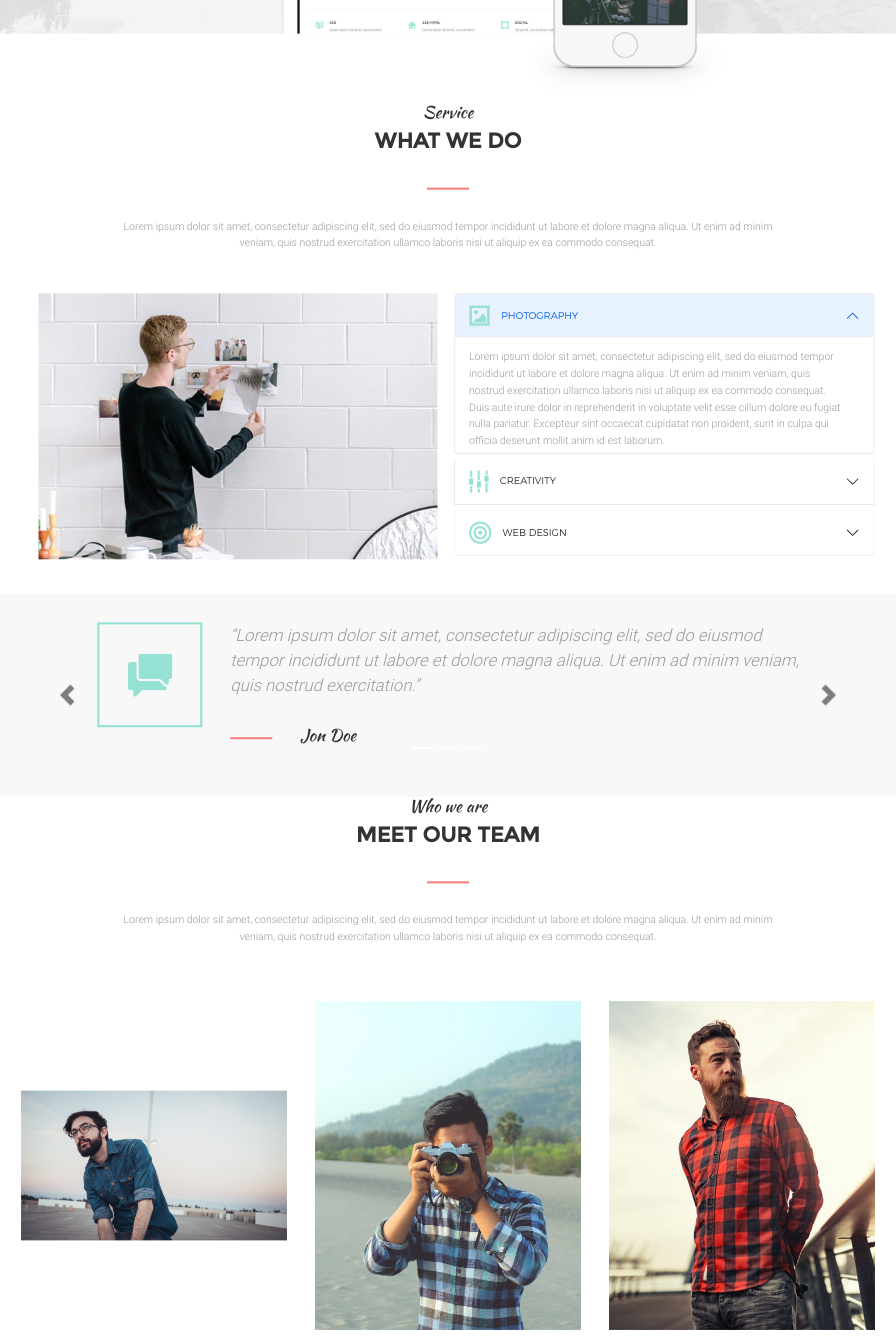
Repository: RaffiBarseghyan/mogo
Page: /
An editor plug-in stored every save of this project. The page is shown before and after a run of saves, followed by the edit.
The browser window is 1280 px wide. The pictures show the part of the page from y = 3380 to 5300 px (the page is 5300 px tall), at 70% of full size.
The project was rebuilt for these pictures with package versions that can differ from the ones it lists, and the page was loaded fresh each time.

Above is the page before, as saved 2023-05-12 23:27:20.

After the next 2 saves:
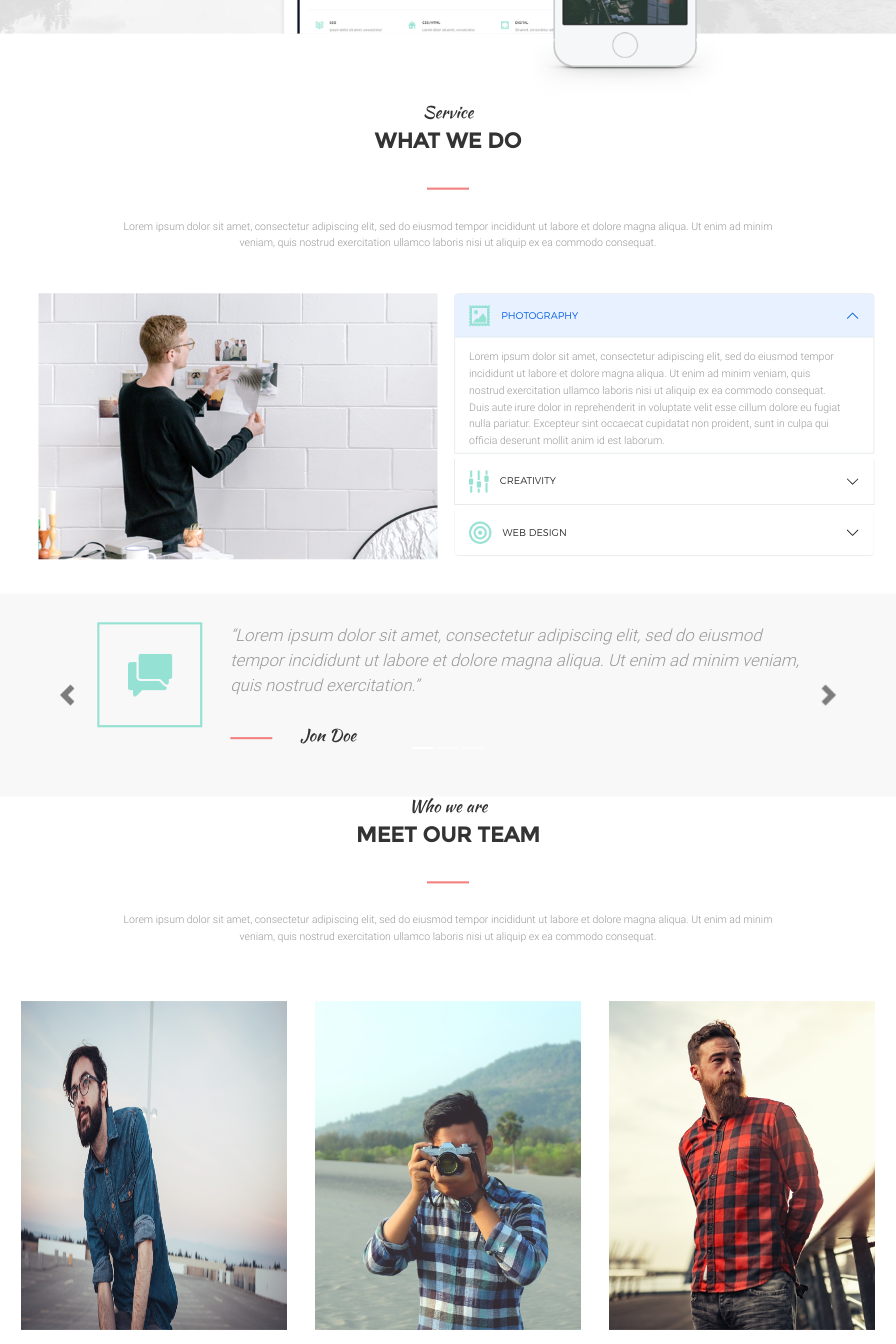
The 2 saves are shown as one change because they came seconds apart.
The last was saved 7 s later.
--- a/src/Pages/WeAre/weAre.module.scss
+++ b/src/Pages/WeAre/weAre.module.scss
@@ -101,7 +101,7 @@
 .aboutImg1 {
     width: 380px;
     height: 470px;
-    object-fit: scale-down !important;
+    object-fit: inherit !important;
 }
 
 .imgDiv:hover {
